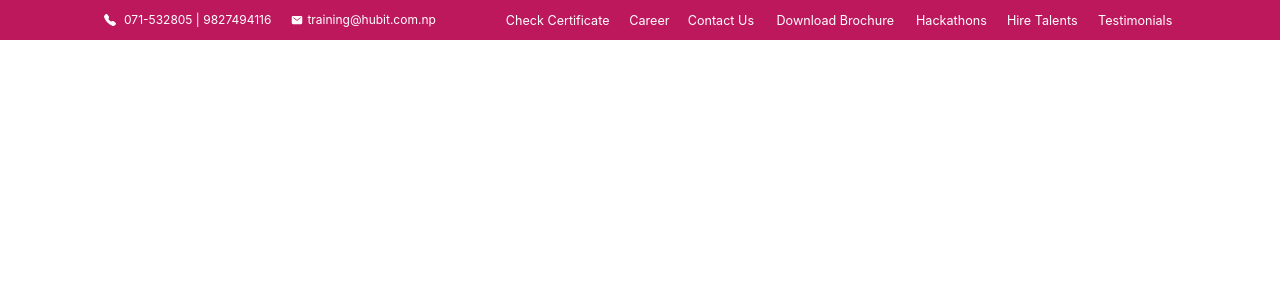
Repository: Sushant203/react-training-
Page: /
The author's editor kept a copy of each file at every save. The page is drawn from the files as they stood at one save, then again after the next save.
The browser window is 1280 px wide. The pictures show the whole page.
The project was rebuilt for these pictures with package versions that can differ from the ones it lists, and the page was loaded fresh each time. Also part of the build but not shown: src/App.css.

Above is the page before, as saved 2022-12-15 01:34:34.

### src/App.js

import './App.css';
import UpperNav from './components/UpperNav';

function App() {
  return (
    <div>
      <UpperNav />
    </div>
  );
}

export default App;

### src/components/UpperNav.jsx
import React from "react";
import { BsFillTelephoneFill } from "react-icons/bs";
import { IoMail } from "react-icons/io5";
const UpperNav = () => {
  return (
    <div>
      <div className="flex w-full bg-pink-700 align-center px-2 py-2 text-white text-xs justify-between container">
        <div className="flex gap-3">
          <div className="flex gap-2 items-center ml-24">
            <BsFillTelephoneFill className="text-white" />
            <p>071-532805 | 9827494116</p>
          </div>
          <div className="flex gap-1 items-center px-2 py-1 text-xs">
            <IoMail className="" />
            <p>training@hubit.com.np</p>
          </div>
        </div>

        {/* right section */}
        <div className="flex gap-3 items-center text-sm mr-24">
          <div className="cursor-pointer hover:transition ease-in-out delay-150 hover:-translate-y-1 scale-90 duration-300">
            Check Certificate
          </div>
          <div className="cursor-pointer hover:transition ease-in-out delay-150 hover:-translate-y-1 scale-90 duration-300">
            Career
          </div>
          <div className="cursor-pointer hover:transition ease-in-out delay-150 hover:-translate-y-1 scale-90 duration-300">
            Contact Us
          </div>
          <div className="cursor-pointer hover:transition ease-in-out delay-150 hover:-translate-y-1 scale-90 duration-300">
            Download Brochure
          </div>
          <div className="cursor-pointer hover:transition ease-in-out delay-150 hover:-translate-y-1 scale-90 duration-300">
            Hackathons
          </div>
          <div className="cursor-pointer hover:transition ease-in-out delay-150 hover:-translate-y-1 scale-90 duration-300">
            Hire Talents
          </div>
          <div className="cursor-pointer hover:transition ease-in-out delay-150 hover:-translate-y-1 scale-90 duration-300">
            Testimonials
          </div>
        </div>
      </div>
    </div>
  );
};

export default UpperNav;

Loaded but not shown: public/index.html (common file); src/index.js (common file); src/index.css (common file); src/reportWebVitals.js (common file); tailwind.config.js (common file)

After the next save:
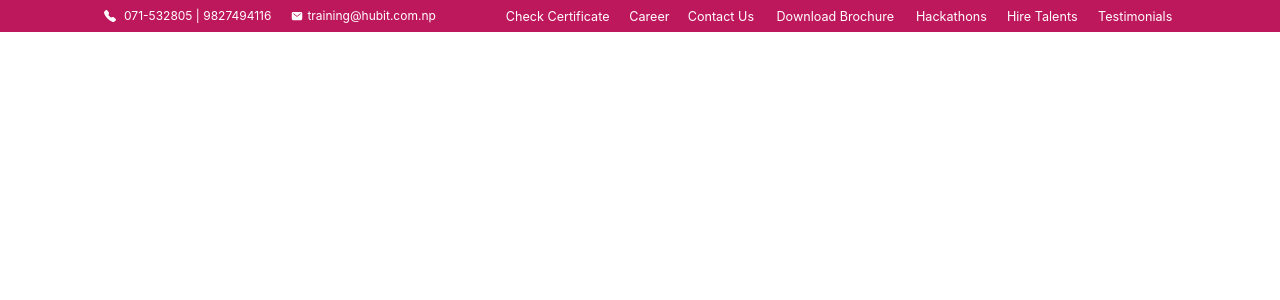
Saved 49 s later.
--- a/src/components/UpperNav.jsx
+++ b/src/components/UpperNav.jsx
@@ -4,7 +4,7 @@ import { IoMail } from "react-icons/io5";
 const UpperNav = () => {
   return (
     <div>
-      <div className="flex w-full bg-pink-700 align-center px-2 py-2 text-white text-xs justify-between container">
+      <div className="flex w-full bg-pink-700 align-center px-2 py-1 text-white text-xs justify-between container">
         <div className="flex gap-3">
           <div className="flex gap-2 items-center ml-24">
             <BsFillTelephoneFill className="text-white" />
